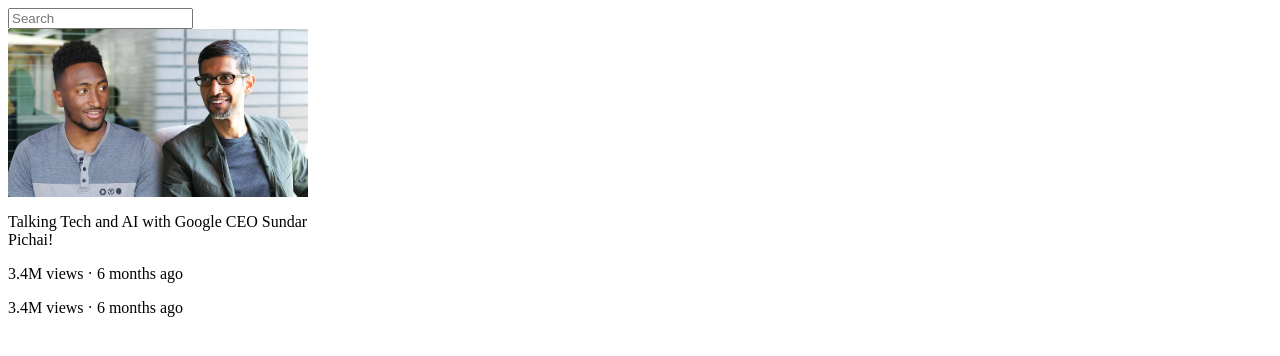
Repository: knowledgeAlan/html-css-nine
Page: youtube.html
An editor plug-in stored every save of this project. The page is shown before and after the next save, followed by the edit.
The browser window is 1280 px wide. The pictures show the whole page.

Above is the page before, as saved 2024-03-06 18:18:53.

### youtube.html
<!DOCTYPE html>
<html>

<head>
    <title>Youtube.com Clone</title>
    <style >
        .thumbnail {
            width: 300px;
            display: block;
        }

        .search-bar{

        }

        .video-title {
            width: 300px;
        }

    </style>

    <body>



        <input class="searh-bar" type="text" placeholder="Search">

        <div class="video-preview">

            <img class="thumbnail" src="thumbnails/thumbnail.png" alt="Dinosaur"/>

            <p class="video-title">
                Talking Tech and AI with Google CEO Sundar Pichai!
            </p>

            <p class="video-author">
                3.4M views &#183; 6 months ago
            </p>

            <p class="video-stats">
                3.4M views &#183; 6 months ago
            </p>
        </div>



    </body>
</head>
</html>

After the next save:
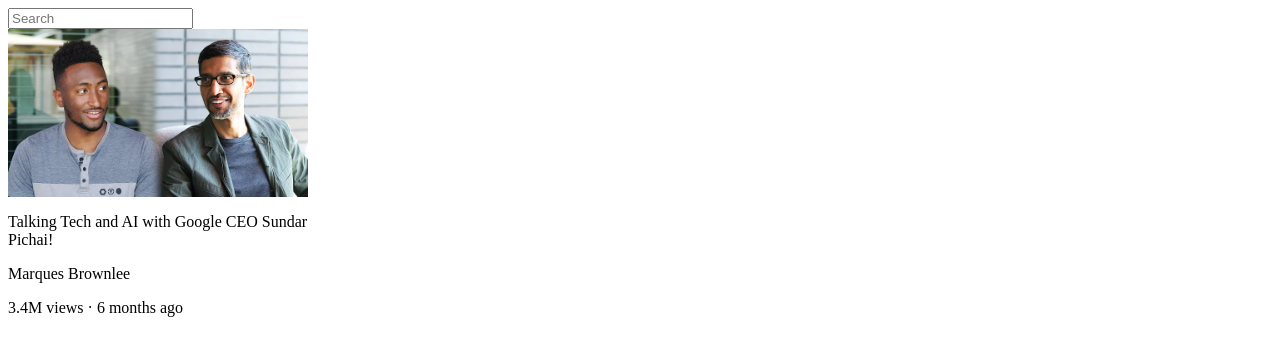
Saved 9 s later.
--- a/youtube.html
+++ b/youtube.html
@@ -34,7 +34,7 @@
             </p>
 
             <p class="video-author">
-                3.4M views &#183; 6 months ago
+                Marques Brownlee
             </p>
 
             <p class="video-stats">
